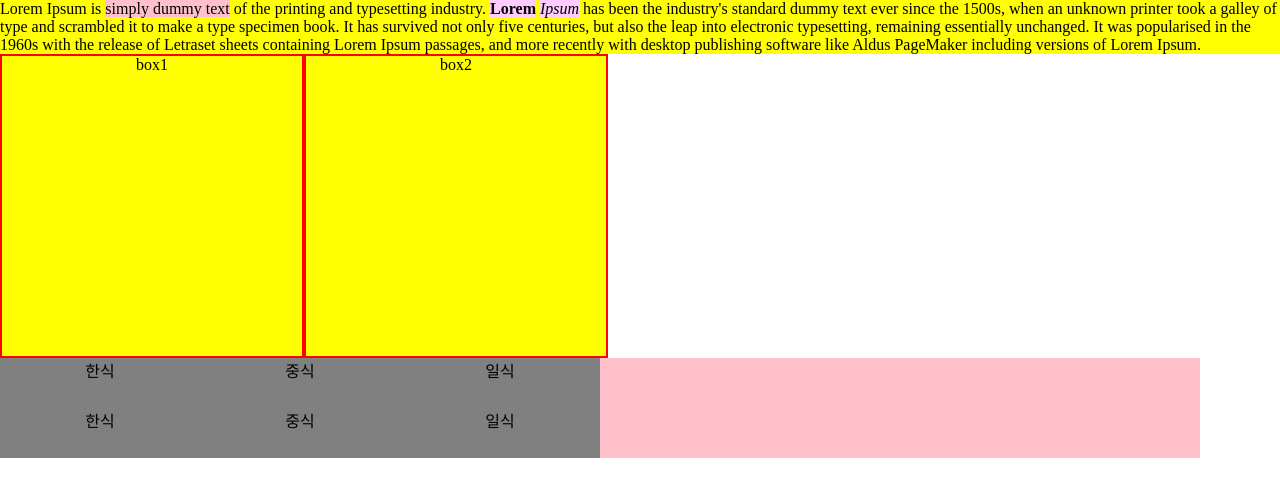
Repository: gwonjunsu95/html5
Page: html5/WebContent/day0401.html
The author's editor kept a copy of each file at every save. The page is drawn from the files as they stood at one save, then again after the next save.
The browser window is 1280 px wide. The pictures show the whole page.

Above is the page before, as saved 2020-04-21 05:16:40.

### html5/WebContent/day0401.html
<!DOCTYPE html>
<html>
<head>
	<meta charset="UTF-8">
	<title>DISPLAY 속성</title>
	<style>
		*{
			margin: 0;
			padding: 0;
			text-decoration: none;
			list-style: none;
		}

		p {
			display: block;
			background: yellow;
		}

		span {
			display: inline;
			background: pink;
		}

		strong, em {
			background: #ffccff;
		}

		body > div > #box1, body > div > #box2 {
			display: inline-block;
			width: 300px;
			height: 300px;
			border: 2px solid red;
			float: left;
		}

		body > div {
			text-align: center;
		}

		.section {
			clear: both;
		}

		ul {
			width: 1200px;
			background: pink;
			height: 50px;
			margin: 0 auto;
		}

		li {
			float: left;
			background: gray;
			width: 200px;
			height: 50px;
		}

		.section > div {
			width: 1200px;
			background: yellow;
			height: 50px;
		}

		.section1 {
			width: 1200px;
			background: #ffccff;
			height: 50px;
		}

		.section1 > ul{
			text-align: center;
		}
	</style>
</head>
<body>
	<p>
		Lorem Ipsum is <span>simply dummy text</span> of the printing and
		typesetting industry. <strong>Lorem</strong> <em>Ipsum</em> has been the industry's standard
		dummy text ever since the 1500s, when an unknown printer took a galley
		of type and scrambled it to make a type specimen book. It has survived
		not only five centuries, but also the leap into electronic typesetting,
		remaining essentially unchanged. It was popularised in the 1960s with
		the release of Letraset sheets containing Lorem Ipsum passages, and
		more recently with desktop publishing software like Aldus PageMaker
		including versions of Lorem Ipsum.
	</p>
	<div>
		<p id = "box1">box1</p>
		<p id = "box2">box2</p>
	</div>

	<div class = "section">
		<div>
			<ul>
				<li>한식</li>
				<li>중식</li>
				<li>일식</li>
			</ul>
		</div>
	</div>

	<div class = "section1">
		<ul>
			<li>한식</li>
			<li>중식</li>
			<li>일식</li>
		</ul>
	</div>
</body>
</html>

After the next save:
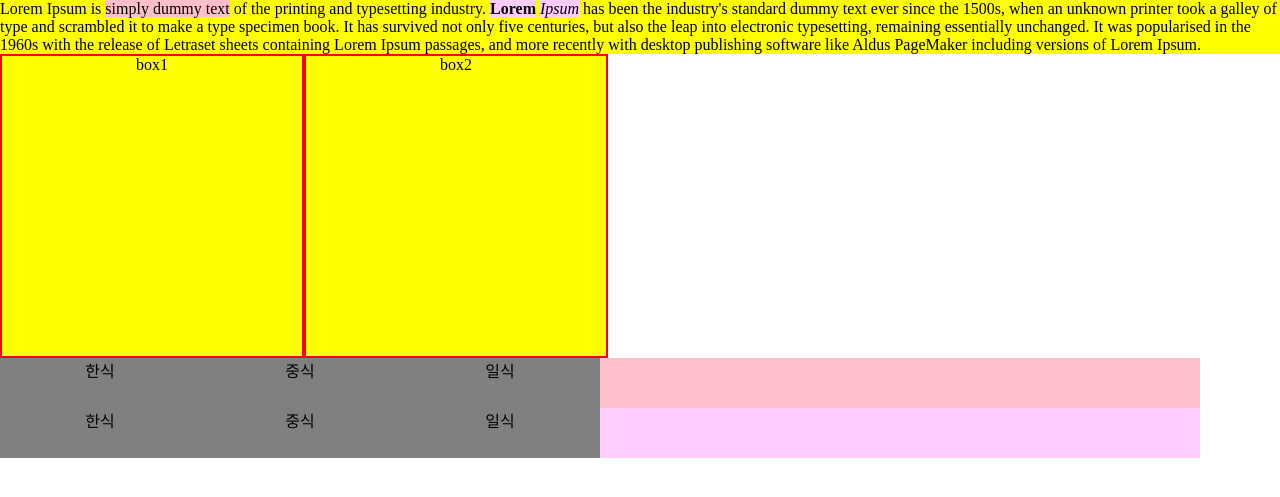
Saved 19 s later.
--- a/html5/WebContent/day0401.html
+++ b/html5/WebContent/day0401.html
@@ -41,7 +41,7 @@
 			clear: both;
 		}
 
-		ul {
+		.section ul {
 			width: 1200px;
 			background: pink;
 			height: 50px;
